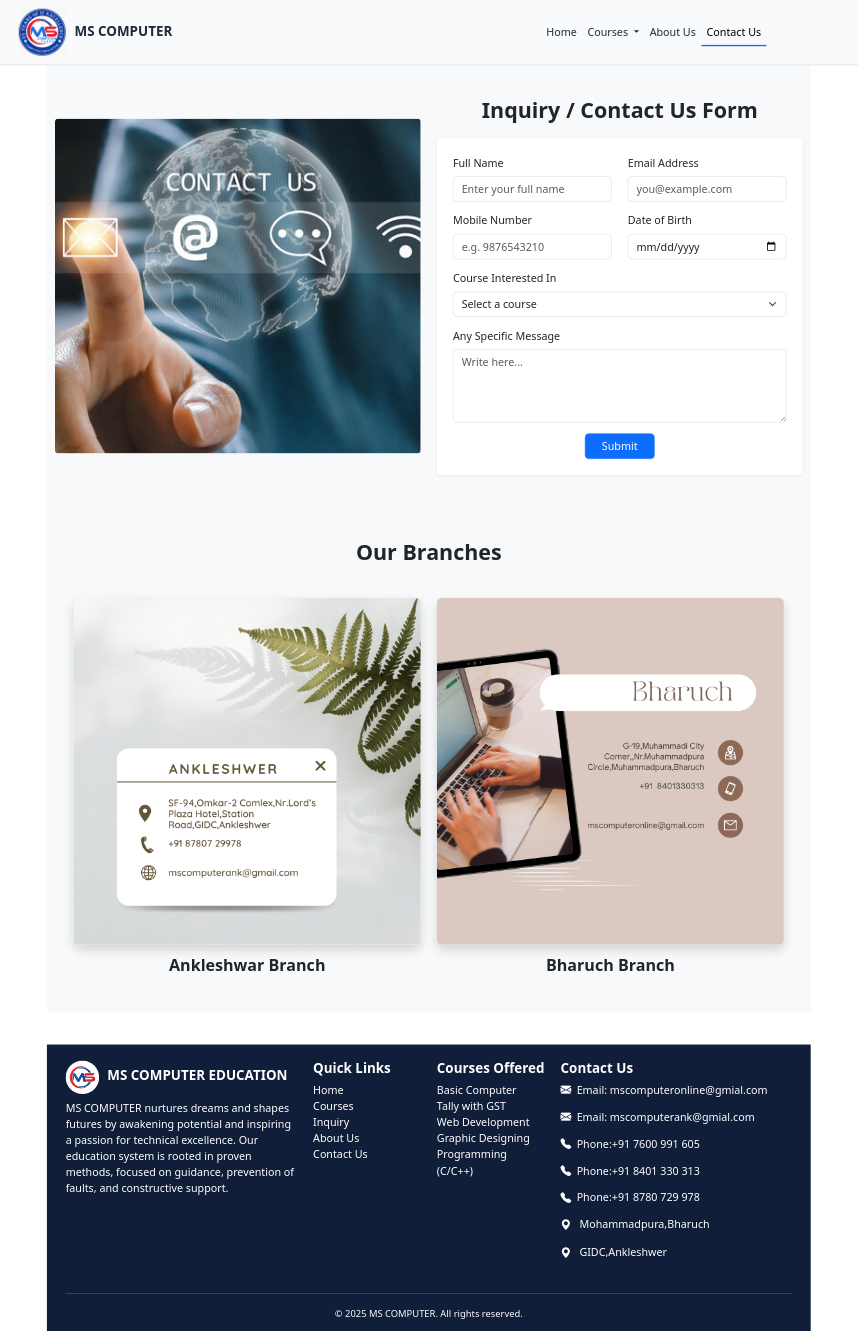
Repository: mscomputer2025/mscomputer
Page: http://localhost/contactus
An editor plug-in stored every save of this project. The page is shown before and after a run of saves, followed by the edit.
The browser window is 1280 px wide. The pictures show the whole page, at 67% of full size.
Some web fonts or font styles are not loaded; a fallback is used. The page is served by the project's Laravel application, run on PHP 8.4 with Laravel 12. Other server files are loaded and not shown. Queries for data that is not in the repository find no rows.

Above is the page before, as saved 2025-07-02 20:53:49.

### app/Providers/AppServiceProvider.php
<?php

namespace App\Providers;

use Illuminate\Support\ServiceProvider;
use App\Models\Courses;
use Illuminate\Support\Facades\View;

class AppServiceProvider extends ServiceProvider
{

    public function register(): void
    {
        //
    }

    public function boot()
{
    View::composer('*', function ($view) {
        $view->with('allCourses', Courses::all());
    });
}
}

### app/Providers/ViewServiceProvider.php
<?php

namespace App\Providers;

use Illuminate\Support\ServiceProvider;
use Illuminate\Support\Facades\View;
use Illuminate\View\Compilers\BladeCompiler;
use Illuminate\Support\Facades\Validator;
use App\Models\Courses;

class ViewServiceProvider extends ServiceProvider
{

    public function register(): void
    {
        //
    }


    public function boot()
    {
        View::composer('*', function ($view) {
            $courses = Courses::all();
            $view->with('courses', $courses);
        });
    }
}

### routes/web.php
<?php

use Illuminate\Support\Facades\Route;

Route::get('/', function () {
    return view('homepage');
});
Route::get('/contactus', function () {
    return view('contactus');
});

### app/Models/Courses.php
<?php

namespace App\Models;

use Illuminate\Database\Eloquent\Model;

class Courses extends Model
{
    protected $fillable = [
        'course_id', 'course_title', 'course_image', 'course_duration',
        'course_description', 'course_curriculum', 'course_rating', 'course_reviews'
    ];

    protected $casts = [
        'course_curriculum' => 'array',
    ];
}

### resources/views/contactus.blade.php
@extends('master.master')

@section('title', 'Contact Us')

@section('content')

    <div class="container py-5 bg-light">
        <div class="row align-items-center">
            <!-- Left Side: Image -->
            <div class="col-lg-6 mb-4 mb-lg-0">
                <div class="contact-banner position-relative">
                    <img src="{{ asset('images/contact.jpg') }}" alt="MS Computer Institute"
                        class="img-fluid rounded shadow-sm w-100 h-100 object-fit-cover" style="max-height: 500px;">
                </div>
            </div>

            <!-- Right Side: Form -->
            <div class="col-lg-6">
                <h2 class="fw-bold text-center mb-4">Inquiry / Contact Us Form</h2>

                <form class="bg-white p-4 rounded shadow-sm">
                    <div class="row mb-3">
                        <div class="col-md-6 mb-3 mb-md-0">
                            <label for="name" class="form-label">Full Name</label>
                            <input type="text" class="form-control" id="name" placeholder="Enter your full name">
                        </div>
                        <div class="col-md-6">
                            <label for="email" class="form-label">Email Address</label>
                            <input type="email" class="form-control" id="email" placeholder="you@example.com">
                        </div>
                    </div>

                    <div class="row mb-3">
                        <div class="col-md-6 mb-3 mb-md-0">
                            <label for="phone" class="form-label">Mobile Number</label>
                            <input type="tel" class="form-control" id="phone" placeholder="e.g. 9876543210">
                        </div>
                        <div class="col-md-6">
                            <label for="dob" class="form-label">Date of Birth</label>
                            <input type="date" class="form-control" id="dob">
                        </div>
                    </div>

                    <div class="mb-3">
                        <label for="course" class="form-label">Course Interested In</label>
                        <select class="form-select" id="course">
                            <option selected disabled>Select a course</option>
                            <option>Basic Computer Course</option>
                            <option>Financial Accounting</option>
                            <option>DTP</option>
                            <option>Microsoft Office</option>
                            <option>Web Development</option>
                            <option>Graphic Design</option>
                        </select>
                    </div>

                    <div class="mb-3">
                        <label for="message" class="form-label">Any Specific Message</label>
                        <textarea class="form-control" id="message" rows="4" placeholder="Write here..."></textarea>
                    </div>

                    <div class="text-center">
                        <button type="submit" class="btn btn-primary px-4">Submit</button>
                    </div>
                </form>
            </div>
        </div>
    </div>

    <div class="container py-5 bg-light">
        <h2 class="fw-bold text-center mb-5">Our Branches</h2>
        <div class="row justify-content-center g-4 mx-3">
            <!-- Ankleshwar Branch -->
            <div class="col-md-6 text-center">
                <img src="{{ asset('images/ankleshwer_branch.png') }}" alt="Ankleshwar Branch"
                    class="img-fluid rounded-3 shadow">
                <h4 class="fw-semibold mt-3">Ankleshwar Branch</h4>
            </div>

            <!-- Bharuch Branch -->
            <div class="col-md-6 text-center">
                <img src="{{ asset('images/bharuch_branch.png') }}" alt="Bharuch Branch" class="img-fluid rounded-3 shadow">
                <h4 class="fw-semibold mt-3">Bharuch Branch</h4>
            </div>
        </div>
    </div>

@endsection

### resources/views/master/master.blade.php
<!DOCTYPE html>
<html lang="en">
<head>
    <meta charset="UTF-8">
    <meta name="viewport" content="width=device-width, initial-scale=1.0">
    <link rel="stylesheet" href="{{ asset('css/master.css') }}">
    <link href="https://fonts.googleapis.com/css2?family=Poppins&display=swap" rel="stylesheet">
    <link href="https://fonts.googleapis.com/css2?family=Orbitron:wght@600&family=Montserrat:wght@500&display=swap" rel="stylesheet">
    <link rel="stylesheet" href="https://cdn.jsdelivr.net/npm/bootstrap-icons@1.10.5/font/bootstrap-icons.css">
    <link href="https://cdn.jsdelivr.net/npm/bootstrap@5.3.7/dist/css/bootstrap.min.css" rel="stylesheet">
    <title>MS COMPUTER - @yield('title')</title>
</head>
<body>

    @include('master.header')

    <main>
        @yield('content')
    </main>

    @include('master.footer')

    <script src="https://cdn.jsdelivr.net/npm/bootstrap@5.3.7/dist/js/bootstrap.bundle.min.js"></script>
</body>
</html>

### resources/views/master/header.blade.php
<nav class="navbar navbar-expand-lg navbar-light shadow-sm">
    <div class="container mx-3">
        <a class="navbar-brand" href="#">
            <img src="{{ asset('logo.jpeg') }}" alt="Institute Logo" width="70" height="100" class="img-fluid">
            <span class="ms-2 fw-bold">MS COMPUTER</span>
        </a>
        <button class="navbar-toggler" type="button" data-bs-toggle="collapse" data-bs-target="#navbarContent"
            aria-controls="navbarContent" aria-expanded="false" aria-label="Toggle navigation">
            <span class="navbar-toggler-icon"></span>
        </button>

        <div class="collapse navbar-collapse justify-content-end" id="navbarContent">
            <ul class="navbar-nav mb-2 mb-lg-0">

                <li class="nav-item">
                    <a class="nav-link {{ request()->is('/') ? 'active' : '' }}" href="{{ url('/') }}">Home</a>
                </li>

                <li class="nav-item dropdown">
                    <a class="nav-link dropdown-toggle {{ request()->is('courses*') ? 'active' : '' }}" href="#" id="coursesDropdown"
                        role="button" data-bs-toggle="dropdown" aria-expanded="false">
                        Courses
                    </a>
                    <ul class="dropdown-menu" aria-labelledby="coursesDropdown">
                        <li><a class="dropdown-item" href="#">Basic Computer</a></li>
                        <li><a class="dropdown-item" href="#">Tally GST</a></li>
                        <li><a class="dropdown-item" href="#">Web Development</a></li>
                        <li><a class="dropdown-item" href="#">Graphic Design</a></li>
                    </ul>
                </li>

                <li class="nav-item">
                    <a class="nav-link {{ request()->is('about') ? 'active' : '' }}" href="{{ url('/about') }}">About Us</a>
                </li>

                <li class="nav-item">
                    <a class="nav-link {{ request()->is('contactus') ? 'active' : '' }}" href="{{ url('/contactus') }}">Contact Us</a>
                </li>

            </ul>
        </div>
    </div>
</nav>

### resources/views/master/footer.blade.php
<footer class="container text-white pt-4 pb-3 mt-5 footer-bg">
    <div class="mx-3">
        <div class="row">
            <!-- Institute Info -->
            <div class="col-md-4 mb-3">
                <a class="navbar-brand" href="#">
                    <img src="{{ asset('footerlogo.jpg') }}" alt="Institute Logo" width="50" height="70"
                        class="img-fluid rounded-circle me-2">
                </a>
                <span class="fw-bold h5">MS COMPUTER EDUCATION</span>
                <p class="mt-2">
                    MS COMPUTER nurtures dreams and shapes futures by awakening potential and inspiring a passion for
                    technical excellence. Our education system is rooted in proven methods, focused on guidance,
                    prevention of faults, and constructive support.
                </p>
            </div>

            <!-- Quick Links -->
            <div class="col-md-2 mb-3">
                <h5 class="fw-bold">Quick Links</h5>
                <ul class="list-unstyled">
                    <li><a href="#" class="text-white text-decoration-none">Home</a></li>
                    <li><a href="#" class="text-white text-decoration-none">Courses</a></li>
                    <li><a href="#" class="text-white text-decoration-none">Inquiry</a></li>
                    <li><a href="#" class="text-white text-decoration-none">About Us</a></li>
                    <li><a href="#" class="text-white text-decoration-none">Contact Us</a></li>
                </ul>
            </div>

            <!-- Courses Offered -->
            <div class="col-md-2 mb-3">
                <h5 class="fw-bold">Courses Offered</h5>
                <ul class="list-unstyled">
                    <li><a href="#" class="text-white text-decoration-none">Basic Computer</a></li>
                    <li><a href="#" class="text-white text-decoration-none">Tally with GST</a></li>
                    <li><a href="#" class="text-white text-decoration-none">Web Development</a></li>
                    <li><a href="#" class="text-white text-decoration-none">Graphic Designing</a></li>
                    <li><a href="#" class="text-white text-decoration-none">Programming (C/C++)</a></li>
                </ul>
            </div>

            <!-- Contact Info -->
            <div class="col-md-4 mb-3">
                <h5 class="fw-bold">Contact Us</h5>
                <p><i class="bi bi-envelope-fill me-2"></i>Email: mscomputeronline@gmial.com</p>
                <p><i class="bi bi-envelope-fill me-2"></i>Email: mscomputerank@gmial.com</p>
                <p><i class="bi bi-telephone-fill me-2"></i>Phone:+91 7600 991 605 </p>
                <p><i class="bi bi-telephone-fill me-2"></i>Phone:+91 8401 330 313</p>
                <p><i class="bi bi-telephone-fill me-2"></i>Phone:+91 8780 729 978</p>
                <p><i class="bi bi-geo-alt-fill me-2 align-middle"></i> Mohammadpura,Bharuch</p>
                <p><i class="bi bi-geo-alt-fill me-2 align-middle"></i> GIDC,Ankleshwer</p>
            </div>
        </div>

        <hr class="bg-secondary">
        <div class="text-center">
            <small>&copy; {{ date('Y') }} MS COMPUTER. All rights reserved.</small>
        </div>
    </div>
</footer>

### public/css/master.css
:root {
  --primary-light: #F8FAFC;
  --accent-blue: #2563EB;
  --nav-text: #1F2937;
  --footer-bg: #101e39;
  --footer-text: #bde6e0;
  --footer-link-hover: #2563EB;
}

.navbar {
  background-color: var(--primary-light);
  border-bottom: 1px solid #e2e8f0;
  /* font-family: 'Orbitron', sans-serif;  */
}

.navbar .navbar-brand span {
  color: var(--nav-text);
  font-weight: 700;
}

.navbar .nav-link {
  color: var(--nav-text);
  font-weight: 500;
}

.navbar .nav-link.active,
.navbar .nav-link:hover {
  color: var(--accent-blue);
  border-bottom: 2px solid var(--accent-blue);
}

/* Dropdown Styling */
.navbar .dropdown-menu {
  background-color: var(--primary-light);
  border: 1px solid #e2e8f0;
  box-shadow: 0 6px 12px rgba(0, 0, 0, 0.1);
}

.navbar .dropdown-item {
  color: var(--nav-text);
}

.navbar .dropdown-item:hover {
  background-color: var(--accent-blue);
  color: white;
}

footer.footer-bg {
  background-color: var(--footer-bg);
  color: var(--footer-text);
}

footer.footer-bg span h5 {
  color: var(--footer-text);
}

footer.footer-bg a {
  color: var(--footer-text);
  text-decoration: none;
}

footer.footer-bg a:hover {
  color: var(--footer-link-hover);
  text-decoration: underline;
}

footer.footer-bg hr {
  border-top: 1px solid #cbd5e1;
}

.hero {
  width: 100%;
  height: 100vh;
    background-image: url('../images/herosection.jpeg');
  background-position: center center;
  background-size: cover;
  background-repeat: no-repeat;
  position: relative;
  display: flex;
  align-items: center;
  justify-content: center;
  text-align: center;
  color: white;
  overflow: hidden;
  /* font-family: 'Orbitron', sans-serif; */
  padding: 0 15px;
}

.hero::before {
  content: "";
  position: absolute;
  inset: 0;
  background-color: rgba(0, 0, 0, 0.4);
  z-index: 1;
}
.hero>div {
  position: relative;
  z-index: 2;
  text-shadow: 0 2px 8px rgba(0, 0, 0, 0.8);
  max-width: 800px;
  margin: auto;
}
@media (max-width: 768px) {
  .hero h1 {
    font-size: 2rem;
  }

  .hero p {
    font-size: 1rem;
  }
}
@media (max-width: 480px) {
  .hero {
    height: 80vh;
    padding: 20px;
  }
  .hero h1 {
    font-size: 1.5rem;
  }

  .hero p {
    font-size: 0.95rem;
  }
}
.course-box {
  transition: transform 0.3s ease,
}
.course-box:hover {
  transform: translateY(-5px);
  box-shadow: 0 10px 20px rgba(12, 12, 12, 0.1);
}
.heading-styled {
  font-family: 'Orbitron', sans-serif;
  font-size: 2rem;
  letter-spacing: 1px;
  color: #1f2937;
  position: relative;
}
@media (max-width: 576px) {
  .heading-styled {
    font-size: 1.5rem;
  }
}
.heading-styled::after {
  content: "";
  width: 60%;
  height: 3px;
  position: absolute;
  bottom: -10px;
  left: 0;
  border-radius: 2px;
}
section .fw-bold {
  font-family: 'Montserrat', sans-serif;
  color: #1e293b;
}

section p {
  font-size: 1.05rem;
  line-height: 1.7;
  color: #334155;
}
.about-image {
  max-height: 500px;
  object-fit: cover;
  width: 70%;
}

@media (max-width: 768px) {
  .about-image {
    width: 100%;
  }
}
.cert-logo {

  object-fit: contain;
  transition: transform 0.3s ease;
}

.cert-logo:hover {
  transform: scale(1.1);
}

.typewriter {
  overflow: hidden;
  border-right: 2px solid #000;
  white-space: nowrap;
  margin: 0 auto;
  animation: typing 3s steps(40, end), blink 0.75s step-end infinite;
  width: fit-content;
}

@keyframes typing {
  from { width: 0 }
  to { width: 100% }
}
@keyframes blink {
  50% { border-color: transparent }
}
.contact-banner {
  height: 500px;
  overflow: hidden;
}

@media (max-width: 768px) {
  .contact-banner {
    height: 250px;
  }
}

.object-fit-cover {
  object-fit: cover;
}

After the next 2 saves:
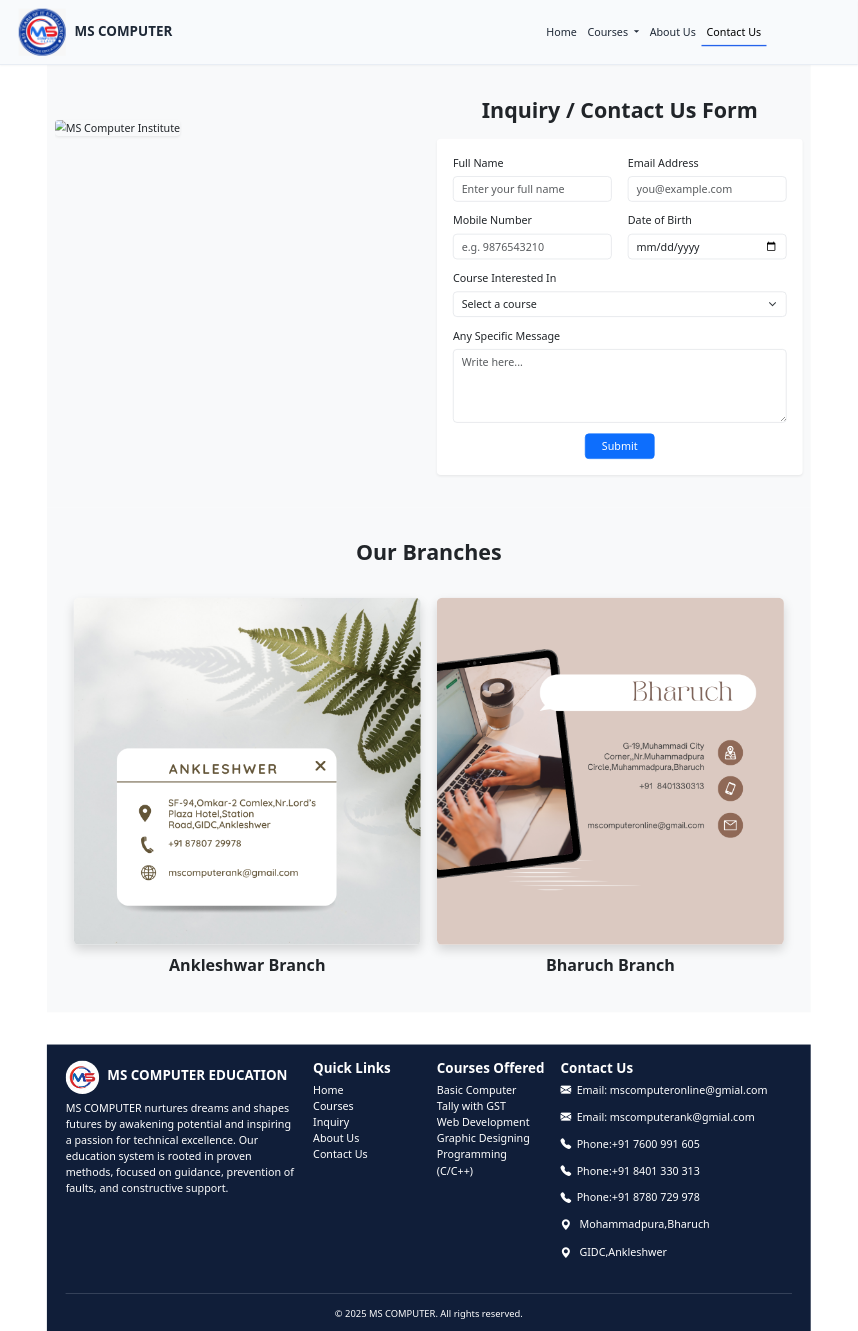
The 2 saves are shown as one change because they came seconds apart.
The last was saved 10 s later.
--- a/resources/views/contactus.blade.php
+++ b/resources/views/contactus.blade.php
@@ -9,7 +9,7 @@
             <!-- Left Side: Image -->
             <div class="col-lg-6 mb-4 mb-lg-0">
                 <div class="contact-banner position-relative">
-                    <img src="{{ asset('images/contact.jpg') }}" alt="MS Computer Institute"
+                    <img src="{{ asset('images/contact.png') }}" alt="MS Computer Institute"
                         class="img-fluid rounded shadow-sm w-100 h-100 object-fit-cover" style="max-height: 500px;">
                 </div>
             </div>
